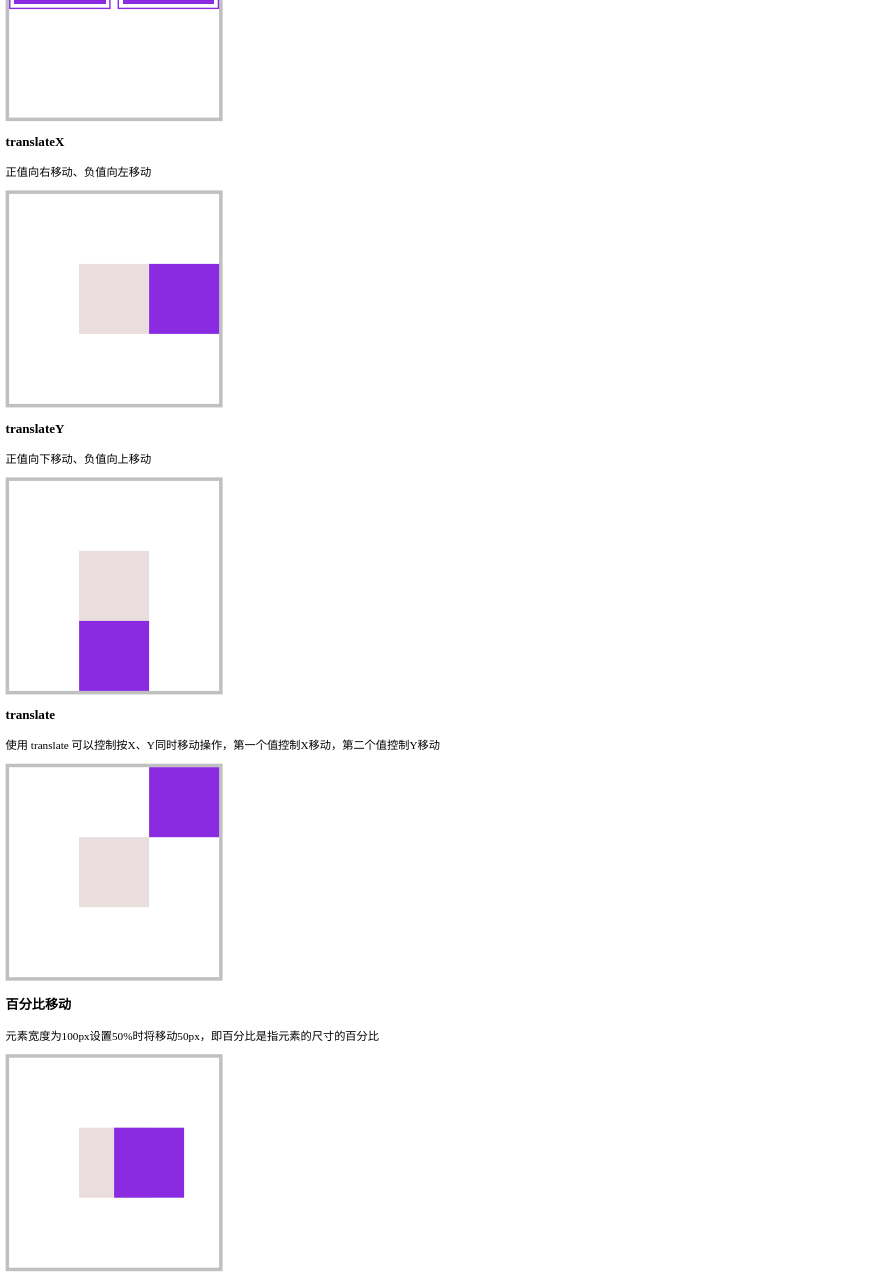
Repository: Aissd/animateDemo
Page: translate.html
The author's editor kept a copy of each file at every save. The page is drawn from the files as they stood at one save, then again after the next save.
The browser window is 1280 px wide. The pictures show the part of the page from y = 770 to 2690 px (the page is 2594 px tall before and 2690 px after), at 70% of full size.

Above is the page before, as saved 2020-05-11 22:19:16.

After the next save:
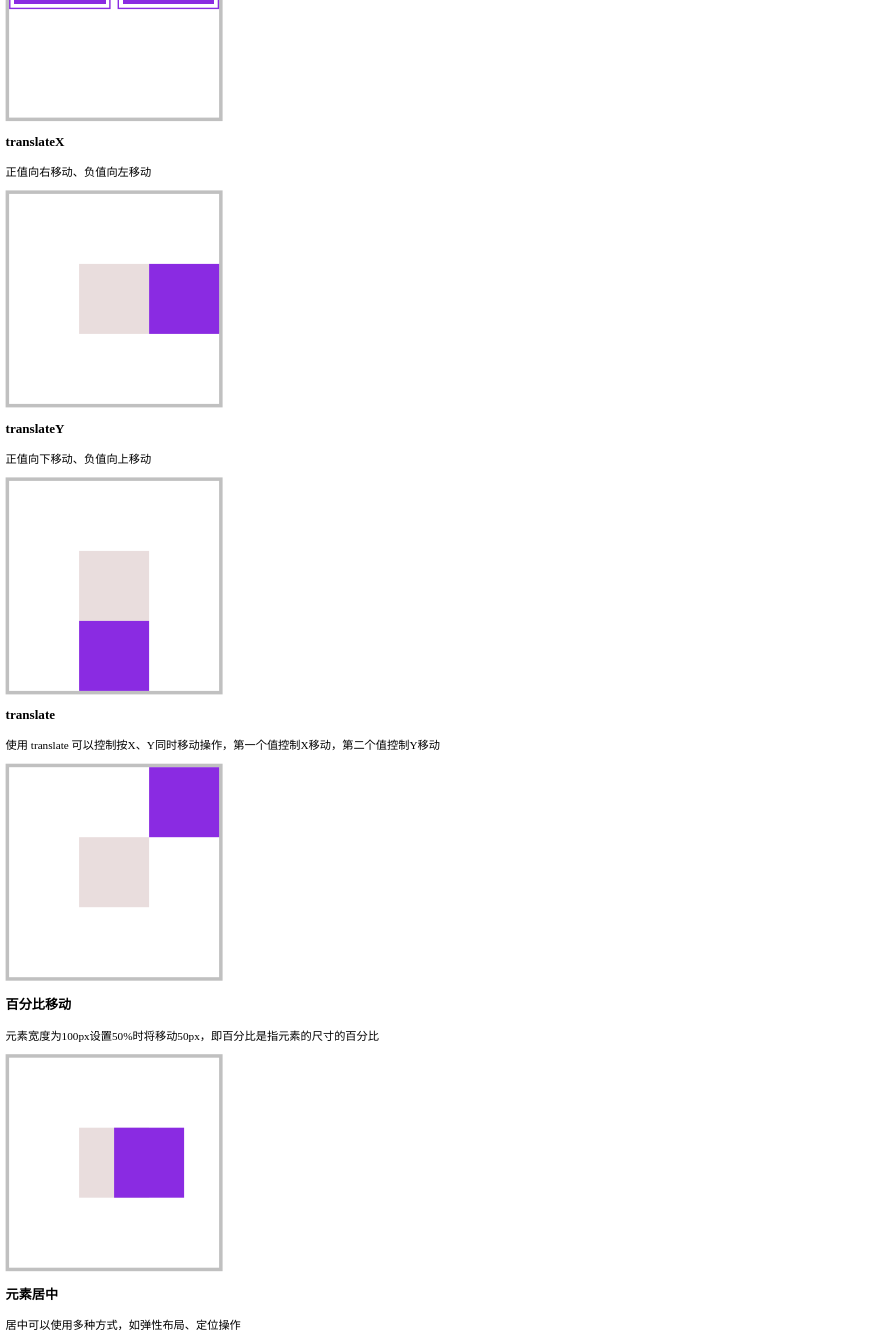
Saved 72 s later.
--- a/translate.html
+++ b/translate.html
@@ -74,6 +74,14 @@
                 <div></div>
             </article>
         </section>
+
+        <section class="demo-section">
+            <h3>元素居中</h3>
+            <p>居中可以使用多种方式，如弹性布局、定位操作</p>
+            <main class="demo09">
+                <div></div>
+            </main>
+        </section>
     </div>
 </body>
 </html>
